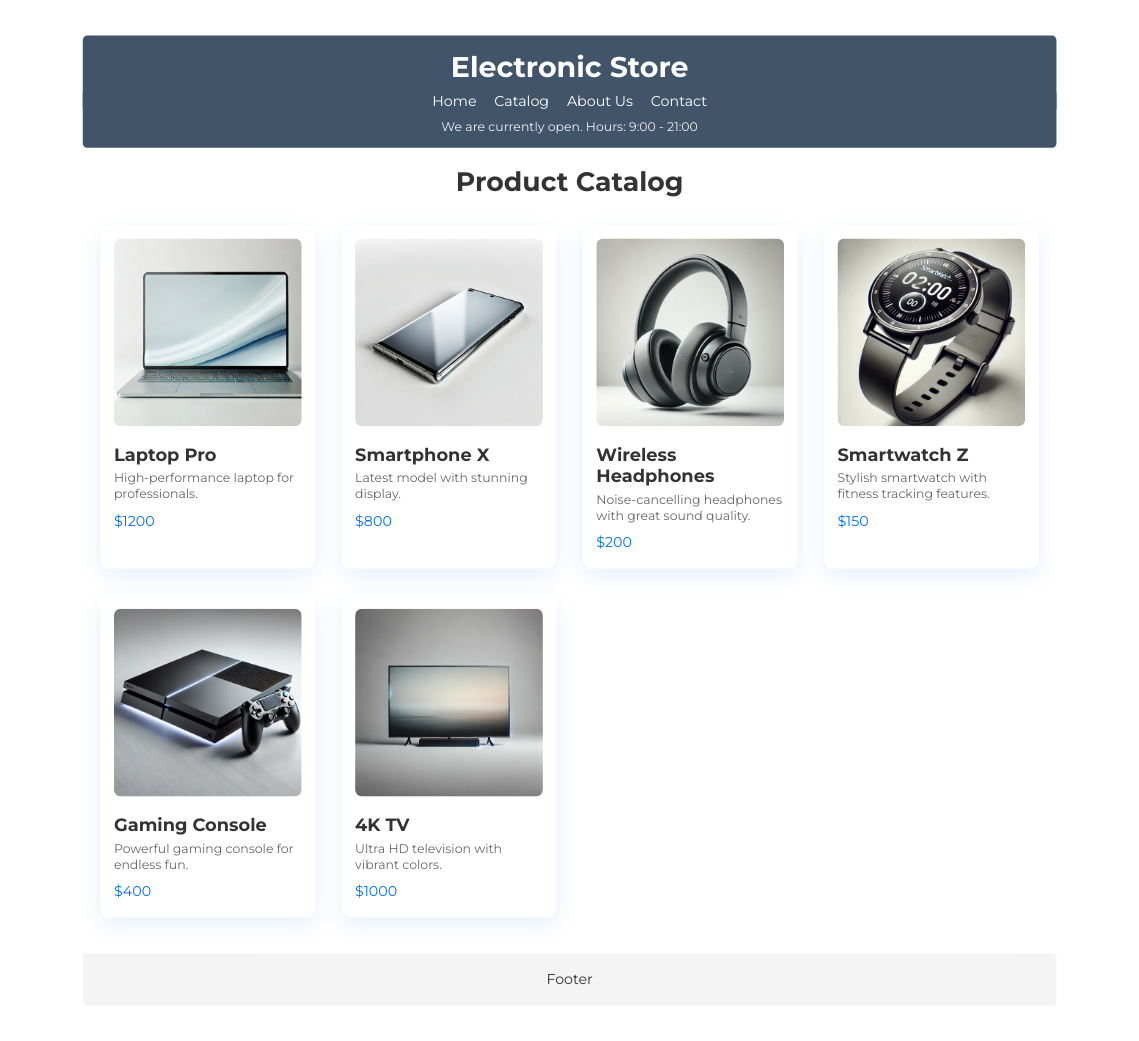
Repository: Lithium87/e-Strore
Page: /
These files come from the project's save history. The page is drawn as it stood at one moment and after the next save; the edit follows.
The browser window is 1280 px wide. The pictures show the whole page, at 89% of full size.
The project was rebuilt for these pictures with package versions that can differ from the ones it lists, and the page was loaded fresh each time. Also part of the build but not shown: vite.config.js.

Above is the page before, as saved 2025-07-06 16:37:13.

After the next save:
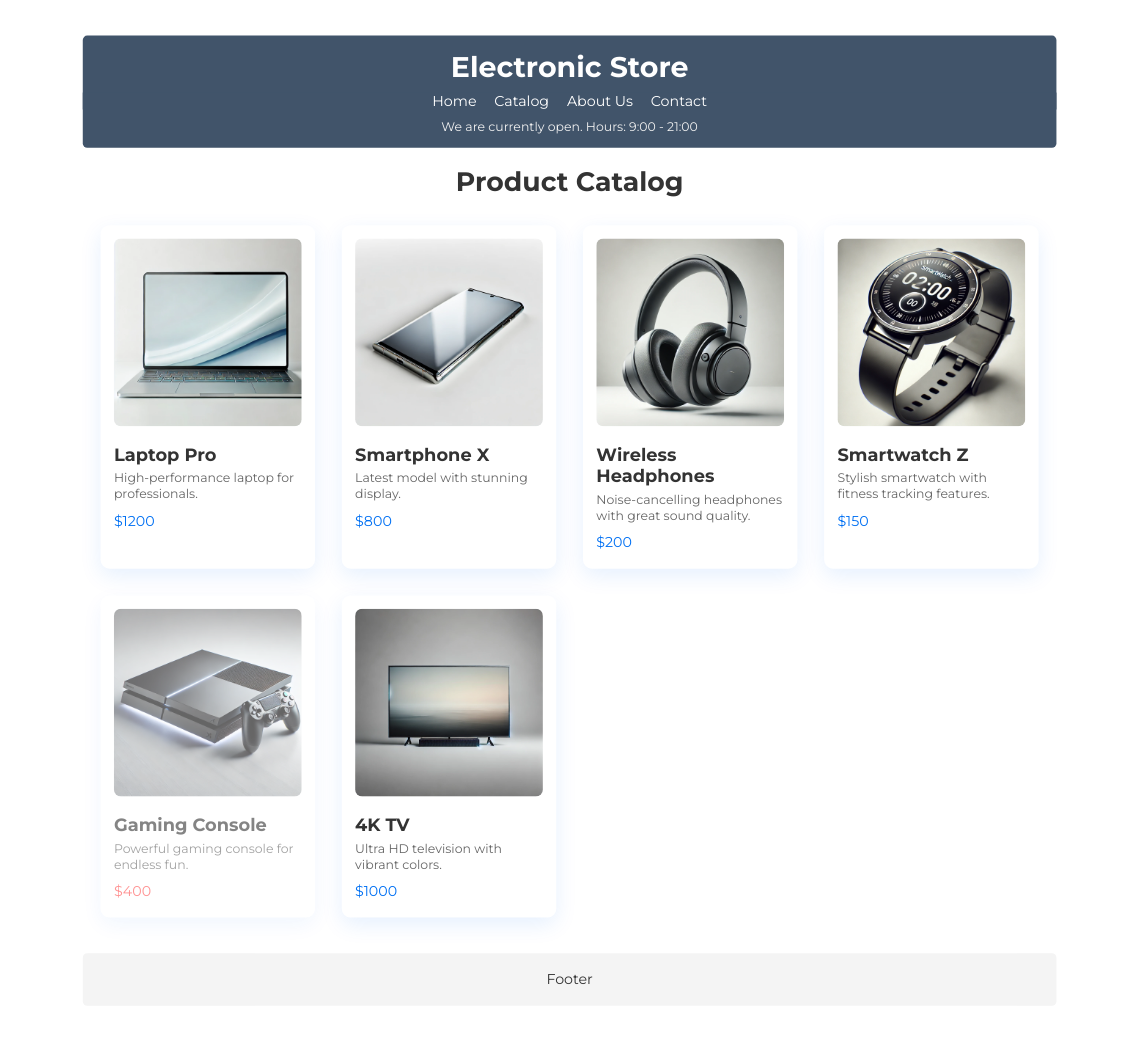
Saved 3 min 34 s later.
--- a/src/App.jsx
+++ b/src/App.jsx
@@ -106,6 +106,7 @@ const Catalog = () => {
             description={product.description}
             price={`$${product.price}`}
             img={product.photoName}
+            soldOut={product.soldOut}
           />
         ))}
       </ul>
